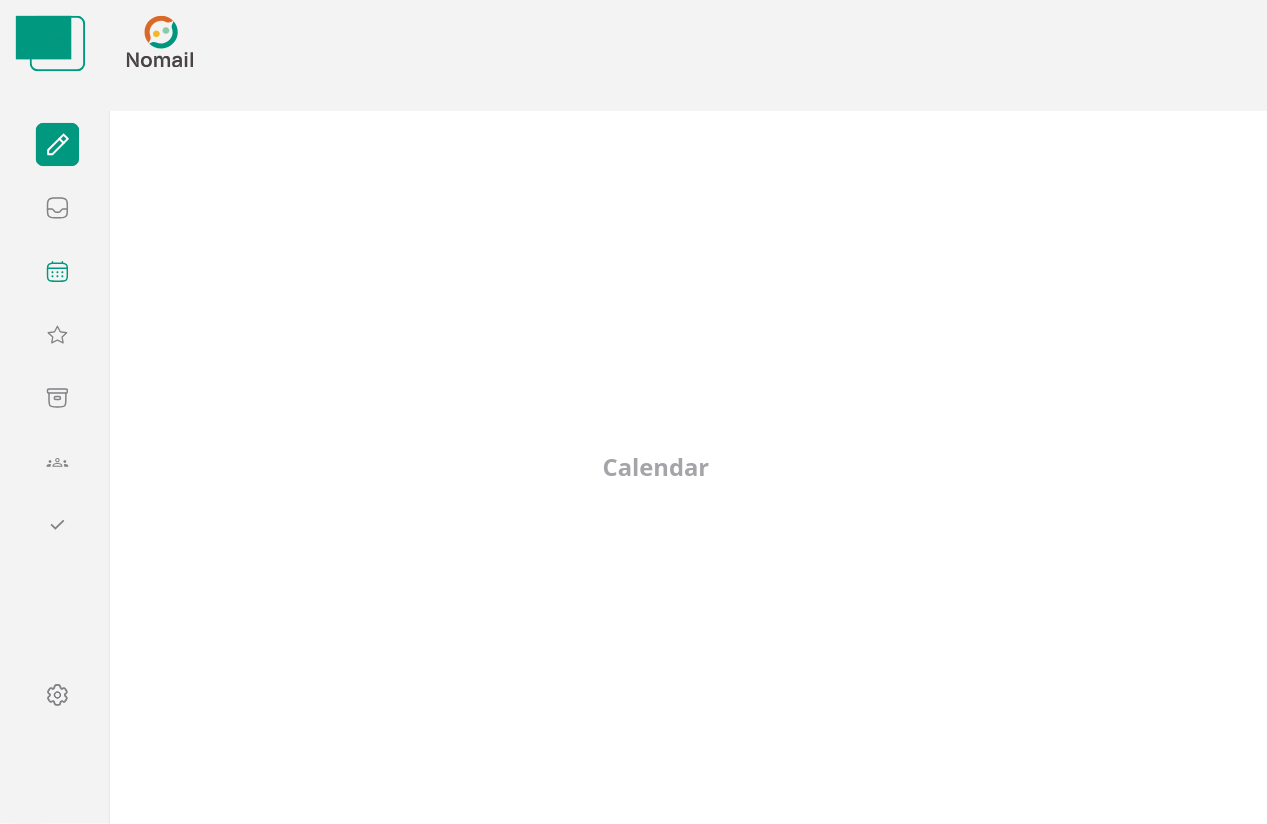
Repository: Tofigkh1/Nomail-App
Page: /calendar
An editor plug-in stored every save of this project. The page is shown before and after a run of saves, followed by the edit.
The browser window is 1280 px wide. The pictures show the whole page, at 99% of full size.
The project was rebuilt for these pictures with package versions that can differ from the ones it lists, and the page was loaded fresh each time. The framework's server and built-in components were replaced by stand-ins that run in the browser. Also part of the build but not shown: next.config.mjs, components/shared/svg/calendarSvg.jsx.

Above is the page before, as saved 2024-10-23 03:09:48.

### app/layout.tsx
import type { Metadata } from "next";
import localFont from "next/font/local";
import "./Styles/globals.css";
import Header from "@/components/shared/client/Header/header";

const geistSans = localFont({
  src: "./fonts/GeistVF.woff",
  variable: "--font-geist-sans",
  weight: "100 900",
});
const geistMono = localFont({
  src: "./fonts/GeistMonoVF.woff",
  variable: "--font-geist-mono",
  weight: "100 900",
});

export const metadata: Metadata = {
  title: "Create Next App",
  description: "Generated by create next app",
};

export default function RootLayout({
  children,
}: Readonly<{
  children: React.ReactNode;
}>) {
  return (
    <html lang="en">
      <body
        className={`${geistSans.variable} ${geistMono.variable} antialiased`}
      >
        {children}

      </body>
    </html>
  );
}

### app/calendar/page.tsx
"use client"
import Header from "@/components/shared/client/Header/header";
import Sidebar, { SidebarContext, SidebarItem } from "@/components/shared/client/SideBarMenu/sideBarMenu";
import NomailPaleSvg from '../../components/shared/svg/nomailPaleSvg';
import NewMail from '../../components/shared/svg/newMail';
import InboxSvg from '../../components/shared/svg/InboxSvg';
import CalendarSvg from '../../components/shared/svg/calendarSvg';
import FavoritesSvg from '../../components/shared/svg/FavoritesSvg';
import ArchiveSvg from '../../components/shared/svg/ArchiveSvg';
import GroupSvg from '../../components/shared/svg/groupSvg';
import TodoSvg from '../../components/shared/svg/TodoSvg';
import { useState } from "react";
import MainFrameMessage from "@/components/shared/client/MainFrameMessage";
import { Calendar } from '../../components/shared/client/Calendar/index';
import { usePathname } from "next/navigation";
import Link from "next/link"; // Link ile yönlendirme yapacağız
import CalendarActiveSvg from "../../components/shared/svg/calendarActiveSvg";
import SettingSvg from "../../components/shared/svg/settingSvg";

export default function CalendarPage() {
    const [expanded, setExpanded] = useState(false); // Sidebar state
    const pathname = usePathname(); // Pathname'i almak için usePathname kullanıldı

    // Sidebar genişliği: genişletildiğinde 250px, daraltıldığında 95px olacak
    const sidebarWidth = expanded ? '200px' : '45px';

    return (
        <div>
            <SidebarContext.Provider value={{ expanded, setExpanded }}>
                <div>
                    <Header />

                    <div className="flex">
                        {/* Sidebar Section */}
                        <div style={{ width: sidebarWidth }}>
                            <Sidebar>
                                <SidebarItem
                                    icon={<NewMail />}
                                    text="New Mail"
                                    active={false}
                                    onClick={() => {}} // Handle clicks if needed
                                />
                                <SidebarItem
                                    icon={<InboxSvg />}
                                    text="Inbox"
                                    active={false}
                                    onClick={() => {}}
                                />
                                  <SidebarItem
                                icon={pathname === '/calendar' ? <CalendarActiveSvg /> : <CalendarSvg />}
                                active={pathname === '/calendar'}
                                text="Calendar"
                                onClick={() => push('/calendar')}
                            />
                                <SidebarItem
                                    icon={<FavoritesSvg />}
                                    text="Favorites"
                                    active={false}
                                    onClick={() => {}}
                                />
                                <SidebarItem
                                    icon={<ArchiveSvg />}
                                    text="Archive"
                                    active={false}
                                    onClick={() => {}}
                                />
                                <SidebarItem
                                    icon={<GroupSvg />}
                                    text="Groups"
                                    active={false}
                                    onClick={() => {}}
                                />
                                <SidebarItem
                                    icon={<TodoSvg />}
                                    text="To do"
                                    active={false}
                                    onClick={() => {}}
                                />
                                   {/* Settings item moved to the bottom */}
                            <div className=" mt-28">
                                <SidebarItem
                                    icon={<SettingSvg />}
                                    text="Settings"
                                    active={false}
                                    onClick={() => {}}
                                />
                            </div>
                            </Sidebar>
                        </div>
                        <div className="flex flex-grow justify-center items-center h-screen flex-col font-semibold text-textGray gap-7 text-2xl">
                        Calendar
                        </div>


                    </div>
                </div>
            </SidebarContext.Provider>
        </div>
    );
}

### app/Styles/globals.css
@tailwind base;
@tailwind components;
@tailwind utilities;


.App {
  font-family: sans-serif;
  text-align: center;
}


:root {
  --background: #ffffff;
  --foreground: #171717;
}

@media (prefers-color-scheme: dark) {
  :root {
    --background: #0a0a0a;
    --foreground: #ededed;
  }
}


@layer utilities {
  .text-balance {
    text-wrap: balance;
  }
}

### components/shared/client/Header/header.tsx
import { useContext } from "react";
import { SidebarContext } from '../SideBarMenu/sideBarMenu'; // Import context
import NomailLogo from "@/components/shared/svg/headerlLogoSvg";
import HamburgerBtnSvg from "../../svg/hamburgerBtnSvg"



export default function Header() {

    const { expanded, setExpanded } = useContext(SidebarContext); // Access context

    return (
        <div className="flex items-center justify-between p-4 bg-headerColor text-white">
            <div className='w-auto h-20 flex gap-14'>

                <div>
                    <button onClick={() => setExpanded(!expanded)}
                            className="pl-3.5 bg-textColorGreen hover:bg-clientButtonGreen w-14 h-11">
                        <HamburgerBtnSvg/>
                    </button>
                </div>

                <div>
                    <NomailLogo/>
                </div>


            </div>
        </div>
    );
}

### components/shared/client/SideBarMenu/sideBarMenu.tsx
import React, { useState, useContext, ReactNode } from "react";
import { ChevronFirst, ChevronLast } from "lucide-react";

export const SidebarContext = React.createContext<{ expanded: boolean; setExpanded: (expanded: boolean) => void; }>({
    expanded: false,
    setExpanded: () => {},
});

// Sidebar component now depends on context for state
export default function Sidebar({ children }: { children: ReactNode }) {
    const { expanded, setExpanded } = useContext(SidebarContext);

    return (
        <aside className="h-screen bg-headerColor">
            <nav
                className={`h-full flex flex-col bg-headerColor border-r border-whiteLight3 transition-all duration-200 ease-in-out ml-3 ${expanded ? "w-[127%] h-[130%] " : "w-[99px]"}`}>

                <ul className=" flex-1 px-3">{children}</ul>
            </nav>
        </aside>
    );
}

// SidebarItem component for individual items inside the sidebar
type SidebarItemProps = {
    icon: ReactNode;   // Icon to display in the sidebar item
    text: string;      // Text to display in the sidebar item
    active: boolean;   // Boolean to determine if the item is active (highlighted)
    onClick: () => void; // Add onClick function to handle clicks
    style?: React.CSSProperties;
};

export function SidebarItem({icon, text, active, onClick,style}: SidebarItemProps) {
    const context = useContext(SidebarContext); // Sidebar context to manage expanded/collapsed state
    const {expanded} = context!;

    return (
        <li
            onClick={onClick} // Attach the click handler here
            style={style}
            className={`group relative flex items-center py-2 px-3 my-1 font-medium rounded-md cursor-pointer duration-300 ease-in-out transition-colors
          ${
                active
                    ? " text-mainRedLight " // Active item style
                    : " text-gray-600 " // Hover style for non-active items
            }`}
        >

            <span className="text-xl transition-all duration-300 ease-in-out">
        {icon}
      </span>

            {/* Text büyütüldü ve boşluk artırıldı */}
            {expanded && (
                <span className="ml-4 text-xl text-black transition-all duration-300 ease-in-out ">
          {text}
        </span>
            )}

            {/* Navbar kapalıyken hover ile çıkan isimler için arka plan yeşil yapıldı */}
            {!expanded && (
                <span
                    className={` absolute left-full whitespace-nowrap bg-textColorGreen text-white rounded-md py-1 px-2 transition-all duration-300 ease-in-out ml-2 opacity-0 group-hover:opacity-100`}
                >
          {text}
        </span>
            )}
        </li>
    );
}

### components/shared/svg/newMail.jsx
'use client'
export default function  newMail(){
    return(
        <>
            <svg width="44" height="44" viewBox="0 0 44 44" fill="none" xmlns="http://www.w3.org/2000/svg">
                <rect width="44" height="44" rx="8" fill="#00987F"/>
                <path fill-rule="evenodd" clip-rule="evenodd"
                      d="M27.5115 11.2439C27.902 10.8534 28.5351 10.8534 28.9257 11.2438L33.1687 15.4863C33.3562 15.6739 33.4616 15.9282 33.4616 16.1935C33.4616 16.4587 33.3562 16.7131 33.1687 16.9006L17.6122 32.4571C17.4247 32.6446 17.1703 32.75 16.9051 32.75H12.6626C12.1103 32.75 11.6626 32.3023 11.6626 31.75V27.5075C11.6626 27.2423 11.768 26.9879 11.9555 26.8004L27.5115 11.2439ZM28.2187 13.3652L13.6626 27.9217V30.75H16.4909L31.0473 16.1935L28.2187 13.3652Z"
                      fill="white"/>
                <path fill-rule="evenodd" clip-rule="evenodd"
                      d="M23.269 15.4864C23.6595 15.0959 24.2927 15.0959 24.6832 15.4864L28.9257 19.7289C29.3162 20.1194 29.3162 20.7526 28.9257 21.1431C28.5352 21.5336 27.902 21.5336 27.5115 21.1431L23.269 16.9006C22.8784 16.5101 22.8784 15.8769 23.269 15.4864Z"
                      fill="white"/>
            </svg>


        </>
    )
}

### components/shared/svg/FavoritesSvg.jsx
'use client'
export default function  favoritesSvg(){
    return(
        <>
            <svg width="44" height="44" viewBox="0 0 44 44" fill="none" xmlns="http://www.w3.org/2000/svg">
                <path
                    d="M15.5808 30.2201C15.4833 30.7528 16.0307 31.1692 16.5132 30.9316L22.0006 28.2246L27.4868 30.9316C27.9693 31.1692 28.5168 30.7528 28.4193 30.2213L27.3818 24.5457L31.7842 20.5188C32.1967 20.142 31.9842 19.4533 31.4317 19.3789L25.3093 18.5438L22.5794 13.3517C22.5274 13.2465 22.4453 13.1576 22.3428 13.0953C22.2402 13.0331 22.1214 13 22 13C21.8787 13 21.7598 13.0331 21.6573 13.0953C21.5547 13.1576 21.4727 13.2465 21.4206 13.3517L18.6907 18.545L12.5683 19.3801C12.0171 19.4545 11.8033 20.1432 12.2146 20.52L16.6182 24.5469L15.5808 30.2225V30.2201ZM21.7119 26.8999L17.1045 29.1725L17.972 24.4245C17.9928 24.3152 17.9852 24.2026 17.9496 24.0969C17.914 23.9911 17.8517 23.8955 17.7682 23.8185L14.1358 20.4948L19.2007 19.8037C19.3054 19.788 19.4046 19.7484 19.4901 19.6883C19.5756 19.6281 19.6448 19.5492 19.6919 19.4581L21.9981 15.0688L24.3068 19.4581C24.354 19.5492 24.4232 19.6281 24.5086 19.6883C24.5941 19.7484 24.6934 19.788 24.7981 19.8037L29.863 20.4936L26.2306 23.8173C26.1469 23.8944 26.0844 23.9903 26.0488 24.0962C26.0133 24.2022 26.0057 24.315 26.0268 24.4245L26.8943 29.1725L22.2869 26.8999C22.1979 26.8555 22.0991 26.8324 21.9988 26.8324C21.8985 26.8324 21.8009 26.8555 21.7119 26.8999Z"
                    fill="#A4A4A9"/>
                <path
                    d="M15.5808 30.2201C15.4833 30.7528 16.0307 31.1692 16.5132 30.9316L22.0006 28.2246L27.4868 30.9316C27.9693 31.1692 28.5168 30.7528 28.4193 30.2213L27.3818 24.5457L31.7842 20.5188C32.1967 20.142 31.9842 19.4533 31.4317 19.3789L25.3093 18.5438L22.5794 13.3517C22.5274 13.2465 22.4453 13.1576 22.3428 13.0953C22.2402 13.0331 22.1214 13 22 13C21.8787 13 21.7598 13.0331 21.6573 13.0953C21.5547 13.1576 21.4727 13.2465 21.4206 13.3517L18.6907 18.545L12.5683 19.3801C12.0171 19.4545 11.8033 20.1432 12.2146 20.52L16.6182 24.5469L15.5808 30.2225V30.2201ZM21.7119 26.8999L17.1045 29.1725L17.972 24.4245C17.9928 24.3152 17.9852 24.2026 17.9496 24.0969C17.914 23.9911 17.8517 23.8955 17.7682 23.8185L14.1358 20.4948L19.2007 19.8037C19.3054 19.788 19.4046 19.7484 19.4901 19.6883C19.5756 19.6281 19.6448 19.5492 19.6919 19.4581L21.9981 15.0688L24.3068 19.4581C24.354 19.5492 24.4232 19.6281 24.5086 19.6883C24.5941 19.7484 24.6934 19.788 24.7981 19.8037L29.863 20.4936L26.2306 23.8173C26.1469 23.8944 26.0844 23.9903 26.0488 24.0962C26.0133 24.2022 26.0057 24.315 26.0268 24.4245L26.8943 29.1725L22.2869 26.8999C22.1979 26.8555 22.0991 26.8324 21.9988 26.8324C21.8985 26.8324 21.8009 26.8555 21.7119 26.8999Z"
                    fill="black" fill-opacity="0.2"/>
            </svg>


        </>
    )
}

### components/shared/svg/ArchiveSvg.jsx
'use client'
export default function archiveSvg(){
    return(
        <>
            <svg width="44" height="44" viewBox="0 0 44 44" fill="none" xmlns="http://www.w3.org/2000/svg">
                <path
                    d="M19 22C19 21.534 19 21.301 19.076 21.117C19.1777 20.8725 19.3723 20.6783 19.617 20.577C19.801 20.5 20.034 20.5 20.5 20.5H23.5C23.966 20.5 24.199 20.5 24.383 20.576C24.6275 20.6777 24.8217 20.8723 24.923 21.117C25 21.301 25 21.534 25 22C25 22.466 25 22.699 24.924 22.883C24.8223 23.1275 24.6277 23.3217 24.383 23.423C24.199 23.5 23.966 23.5 23.5 23.5H20.5C20.034 23.5 19.801 23.5 19.617 23.424C19.3725 23.3223 19.1783 23.1277 19.077 22.883C19 22.699 19 22.466 19 22Z"
                    stroke="#A4A4A9" stroke-width="1.5"/>
                <path
                    d="M19 22C19 21.534 19 21.301 19.076 21.117C19.1777 20.8725 19.3723 20.6783 19.617 20.577C19.801 20.5 20.034 20.5 20.5 20.5H23.5C23.966 20.5 24.199 20.5 24.383 20.576C24.6275 20.6777 24.8217 20.8723 24.923 21.117C25 21.301 25 21.534 25 22C25 22.466 25 22.699 24.924 22.883C24.8223 23.1275 24.6277 23.3217 24.383 23.423C24.199 23.5 23.966 23.5 23.5 23.5H20.5C20.034 23.5 19.801 23.5 19.617 23.424C19.3725 23.3223 19.1783 23.1277 19.077 22.883C19 22.699 19 22.466 19 22Z"
                    stroke="black" stroke-opacity="0.2" stroke-width="1.5"/>
                <path
                    d="M30.5 17V23C30.5 26.771 30.5 28.657 29.328 29.828C28.157 31 26.271 31 22.5 31H21.5C17.729 31 15.843 31 14.672 29.828C13.5 28.657 13.5 26.771 13.5 23V17"
                    stroke="#A4A4A9" stroke-width="1.5" stroke-linecap="round"/>
                <path
                    d="M30.5 17V23C30.5 26.771 30.5 28.657 29.328 29.828C28.157 31 26.271 31 22.5 31H21.5C17.729 31 15.843 31 14.672 29.828C13.5 28.657 13.5 26.771 13.5 23V17"
                    stroke="black" stroke-opacity="0.2" stroke-width="1.5" stroke-linecap="round"/>
                <path
                    d="M12 15C12 14.057 12 13.586 12.293 13.293C12.586 13 13.057 13 14 13H30C30.943 13 31.414 13 31.707 13.293C32 13.586 32 14.057 32 15C32 15.943 32 16.414 31.707 16.707C31.414 17 30.943 17 30 17H14C13.057 17 12.586 17 12.293 16.707C12 16.414 12 15.943 12 15Z"
                    stroke="#A4A4A9" stroke-width="1.5"/>
                <path
                    d="M12 15C12 14.057 12 13.586 12.293 13.293C12.586 13 13.057 13 14 13H30C30.943 13 31.414 13 31.707 13.293C32 13.586 32 14.057 32 15C32 15.943 32 16.414 31.707 16.707C31.414 17 30.943 17 30 17H14C13.057 17 12.586 17 12.293 16.707C12 16.414 12 15.943 12 15Z"
                    stroke="black" stroke-opacity="0.2" stroke-width="1.5"/>
            </svg>

        </>
    )
}

### components/shared/svg/TodoSvg.jsx
'use client'
export default function  todoSvg(){
    return(
        <>
            <svg width="44" height="44" viewBox="0 0 44 44" fill="none" xmlns="http://www.w3.org/2000/svg">
                <path d="M19.8957 27L15 22.2599L16.2239 21.0748L19.8957 24.6299L27.7761 17L29 18.185L19.8957 27Z"
                      fill="#A4A4A9"/>
                <path d="M19.8957 27L15 22.2599L16.2239 21.0748L19.8957 24.6299L27.7761 17L29 18.185L19.8957 27Z"
                      fill="black" fill-opacity="0.2"/>
            </svg>

        </>
    )
}

### components/shared/svg/calendarActiveSvg.jsx
'use client'
export default function  calendarActiveSvg(){
    return(
        <>



     <svg width="44" height="44" viewBox="0 0 44 44" fill="none" xmlns="http://www.w3.org/2000/svg">
<path fill-rule="evenodd" clip-rule="evenodd" d="M15.711 14.8898C14.7049 15.0251 14.1254 15.2789 13.7026 15.7021C13.2793 16.125 13.0251 16.7049 12.8898 17.711C12.7516 18.7386 12.75 20.0933 12.75 22V24C12.75 25.9067 12.7516 27.2614 12.8898 28.289C13.0251 29.2951 13.2789 29.8746 13.7021 30.2974C14.125 30.7207 14.7049 30.9749 15.711 31.1102C16.7386 31.2484 18.0933 31.25 20 31.25H24C25.9067 31.25 27.2614 31.2484 28.289 31.1102C29.2951 30.9749 29.8746 30.7211 30.2974 30.2979C30.7207 29.875 30.9749 29.2951 31.1102 28.289C31.2484 27.2614 31.25 25.9067 31.25 24V22C31.25 20.0933 31.2484 18.7386 31.1102 17.711C30.9749 16.7049 30.7211 16.1254 30.2979 15.7026C29.875 15.2793 29.2951 15.0251 28.289 14.8898C27.2614 14.7516 25.9067 14.75 24 14.75H20C18.0933 14.75 16.7386 14.7516 15.711 14.8898ZM19.9436 13.25H24.0564C25.8941 13.25 27.3497 13.25 28.489 13.4032C29.6612 13.5608 30.6101 13.893 31.3581 14.6414C32.1069 15.3896 32.4391 16.3386 32.5968 17.511C32.75 18.6503 32.75 20.1059 32.75 21.9436V24.0565C32.75 25.8941 32.75 27.3498 32.5968 28.489C32.4391 29.6613 32.1069 30.6102 31.3583 31.3583C30.6102 32.1069 29.6613 32.4391 28.489 32.5968C27.3498 32.75 25.8941 32.75 24.0565 32.75H19.9436C18.1059 32.75 16.6503 32.75 15.511 32.5968C14.3386 32.4391 13.3896 32.1069 12.6414 31.3581C11.893 30.6101 11.5608 29.6612 11.4032 28.489C11.25 27.3497 11.25 25.8941 11.25 24.0564V21.9436C11.25 20.1059 11.25 18.6503 11.4032 17.511C11.5609 16.3387 11.8931 15.3898 12.6417 14.6417C13.3898 13.8931 14.3387 13.5609 15.511 13.4032C16.6503 13.25 18.1059 13.25 19.9436 13.25Z" fill="#00987F"/>
<path fill-rule="evenodd" clip-rule="evenodd" d="M17 11.75C17.4142 11.75 17.75 12.0858 17.75 12.5V14C17.75 14.4142 17.4142 14.75 17 14.75C16.5858 14.75 16.25 14.4142 16.25 14V12.5C16.25 12.0858 16.5858 11.75 17 11.75ZM27 11.75C27.4142 11.75 27.75 12.0858 27.75 12.5V14C27.75 14.4142 27.4142 14.75 27 14.75C26.5858 14.75 26.25 14.4142 26.25 14V12.5C26.25 12.0858 26.5858 11.75 27 11.75ZM11.75 19C11.75 18.5858 12.0858 18.25 12.5 18.25H31.5C31.9142 18.25 32.25 18.5858 32.25 19C32.25 19.4142 31.9142 19.75 31.5 19.75H12.5C12.0858 19.75 11.75 19.4142 11.75 19Z" fill="#00987F"/>
<path d="M28 27C28 27.2652 27.8946 27.5196 27.7071 27.7071C27.5196 27.8946 27.2652 28 27 28C26.7348 28 26.4804 27.8946 26.2929 27.7071C26.1054 27.5196 26 27.2652 26 27C26 26.7348 26.1054 26.4804 26.2929 26.2929C26.4804 26.1054 26.7348 26 27 26C27.2652 26 27.5196 26.1054 27.7071 26.2929C27.8946 26.4804 28 26.7348 28 27ZM28 23C28 23.2652 27.8946 23.5196 27.7071 23.7071C27.5196 23.8946 27.2652 24 27 24C26.7348 24 26.4804 23.8946 26.2929 23.7071C26.1054 23.5196 26 23.2652 26 23C26 22.7348 26.1054 22.4804 26.2929 22.2929C26.4804 22.1054 26.7348 22 27 22C27.2652 22 27.5196 22.1054 27.7071 22.2929C27.8946 22.4804 28 22.7348 28 23ZM23 27C23 27.2652 22.8946 27.5196 22.7071 27.7071C22.5196 27.8946 22.2652 28 22 28C21.7348 28 21.4804 27.8946 21.2929 27.7071C21.1054 27.5196 21 27.2652 21 27C21 26.7348 21.1054 26.4804 21.2929 26.2929C21.4804 26.1054 21.7348 26 22 26C22.2652 26 22.5196 26.1054 22.7071 26.2929C22.8946 26.4804 23 26.7348 23 27ZM23 23C23 23.2652 22.8946 23.5196 22.7071 23.7071C22.5196 23.8946 22.2652 24 22 24C21.7348 24 21.4804 23.8946 21.2929 23.7071C21.1054 23.5196 21 23.2652 21 23C21 22.7348 21.1054 22.4804 21.2929 22.2929C21.4804 22.1054 21.7348 22 22 22C22.2652 22 22.5196 22.1054 22.7071 22.2929C22.8946 22.4804 23 22.7348 23 23ZM18 27C18 27.2652 17.8946 27.5196 17.7071 27.7071C17.5196 27.8946 17.2652 28 17 28C16.7348 28 16.4804 27.8946 16.2929 27.7071C16.1054 27.5196 16 27.2652 16 27C16 26.7348 16.1054 26.4804 16.2929 26.2929C16.4804 26.1054 16.7348 26 17 26C17.2652 26 17.5196 26.1054 17.7071 26.2929C17.8946 26.4804 18 26.7348 18 27ZM18 23C18 23.2652 17.8946 23.5196 17.7071 23.7071C17.5196 23.8946 17.2652 24 17 24C16.7348 24 16.4804 23.8946 16.2929 23.7071C16.1054 23.5196 16 23.2652 16 23C16 22.7348 16.1054 22.4804 16.2929 22.2929C16.4804 22.1054 16.7348 22 17 22C17.2652 22 17.5196 22.1054 17.7071 22.2929C17.8946 22.4804 18 22.7348 18 23Z" fill="#00987F"/>
</svg>



        </>
    )
}

### components/shared/svg/hamburgerBtnSvg.jsx
'use client'
export default function  HamburgerBtnSvg(){
    return(
        <>
            <svg width="56" height="56" viewBox="0 0 56 56" fill="none" xmlns="http://www.w3.org/2000/svg">
                <rect x="1" y="1" width="54" height="54" rx="7" stroke="#00987F" stroke-width="2"/>
                <path d="M19 22H37V24H19V22ZM19 27H37V29H19V27ZM19 32H37V34H19V32Z" fill="#00987F"/>
            </svg>


        </>
    )
}

### tailwind.config.ts
import type { Config } from "tailwindcss";

const config: Config = {
  content: [
    "./pages/**/*.{js,ts,jsx,tsx,mdx}",
    "./components/**/*.{js,ts,jsx,tsx,mdx}",
    "./app/**/*.{js,ts,jsx,tsx,mdx}",
  ],
  theme: {
    extend: {
      colors: {
        background: "var(--background)",
        foreground: "var(--foreground)",
        headerColor: "#F3F3F3",
        textColorGreen: "#00987F",
        textGray: "#A4A4A9",
        sideBarColor: "#E5E5E5",
        textColGreen: "#00987F",
        bordersColor: "#D1D1D6"
      },
    },
  },
  plugins: [],
};
export default config;

Loaded but not shown: components/shared/svg/settingSvg.jsx (25 lines, source omitted); components/shared/client/Calendar/index.jsx (361 lines, source omitted); components/shared/svg/InboxSvg.jsx (17 lines, source omitted); components/shared/svg/groupSvg.jsx (17 lines, source omitted); components/shared/svg/headerlLogoSvg.jsx (38 lines, source omitted); components/shared/client/Calendar/Calendar.css (259 lines, source omitted)

After the next 2 saves:
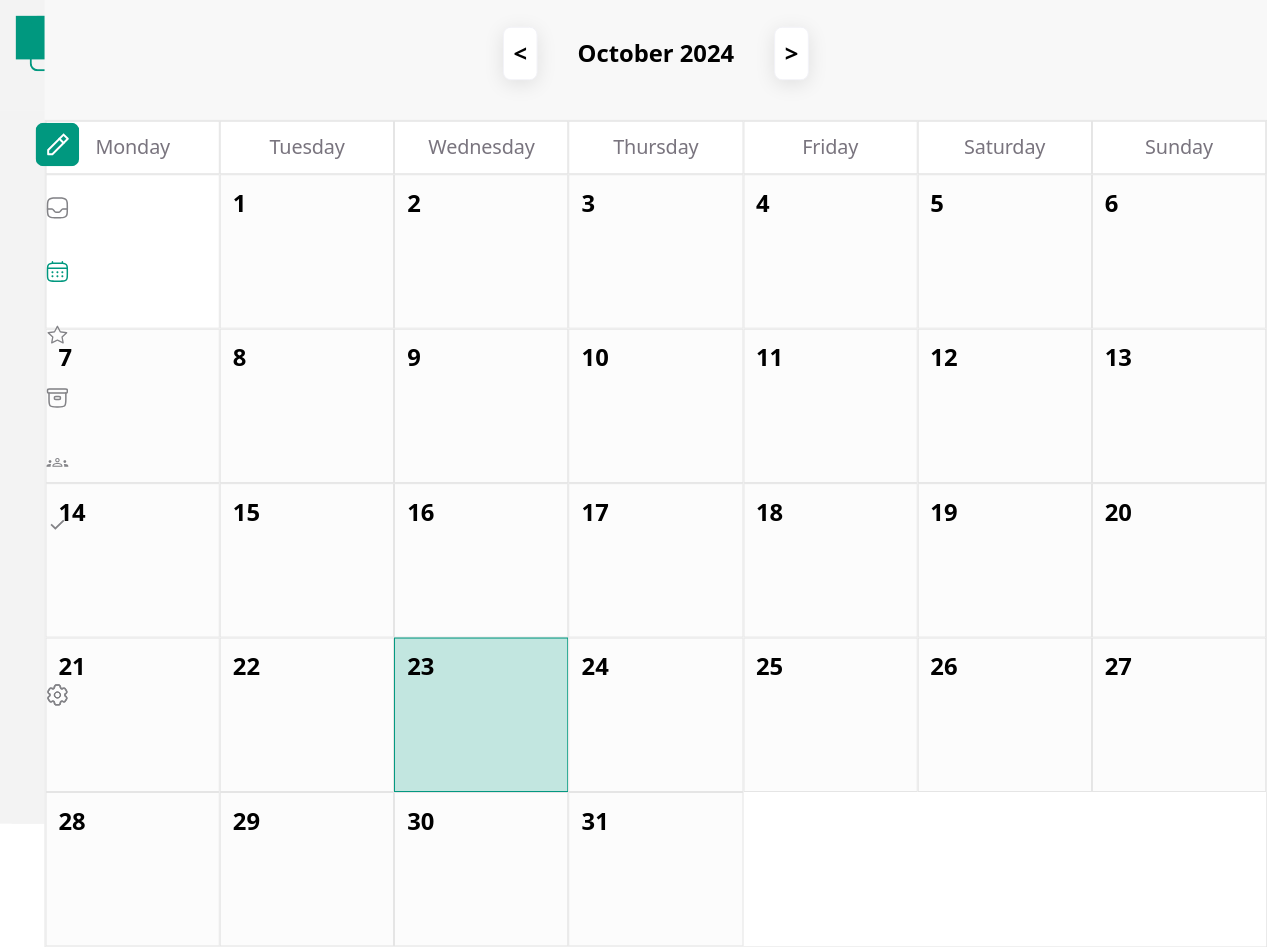
The 2 saves are shown as one change because they came seconds apart.
The last was saved 5 s later.
--- a/app/calendar/page.tsx
+++ b/app/calendar/page.tsx
@@ -88,7 +88,7 @@ export default function CalendarPage() {
                             </Sidebar>
                         </div>
                         <div className="flex flex-grow justify-center items-center h-screen flex-col font-semibold text-textGray gap-7 text-2xl">
-                        Calendar
+                   <Calendar/>
                         </div>
 
 
